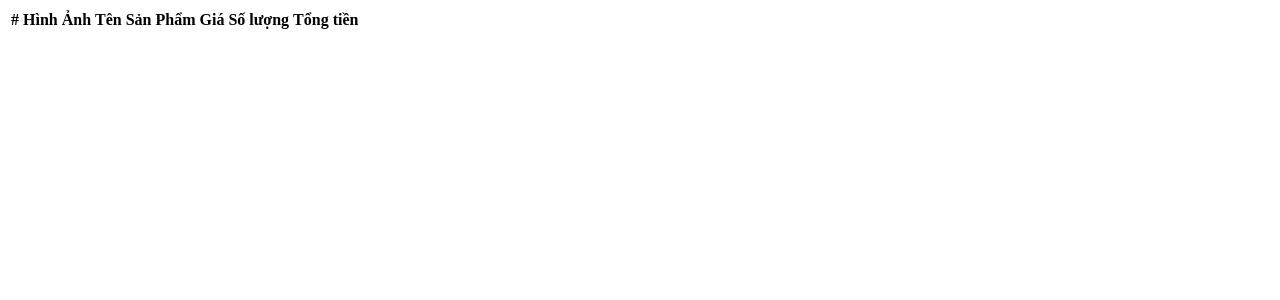
Repository: VuNgocLong2626/exercise_web_CT428
Page: http://localhost/VuNgocLongB1805784/user/thanhtoan.php
An editor plug-in stored every save of this project. The page is shown before and after the next save, followed by the edit.
The browser window is 1280 px wide. The pictures show the whole page.
The page is run by PHP 8.4 with error messages shown; the project is at /var/www/html/.

Above is the page before, as saved 2021-10-14 23:03:19.

After the next save:
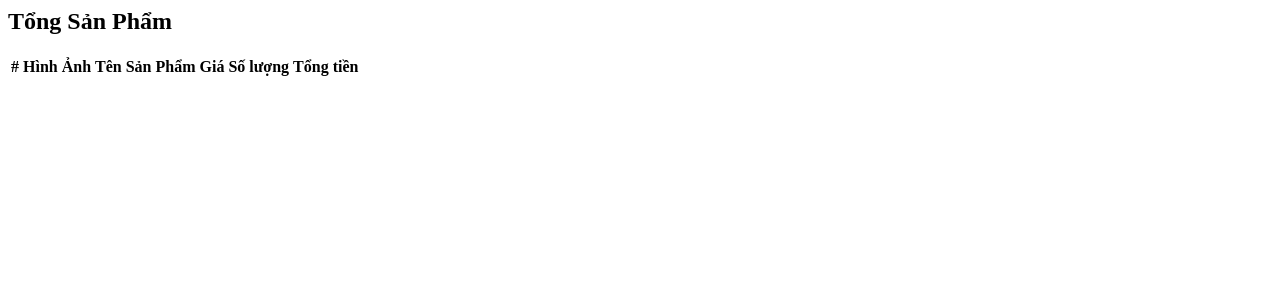
Saved 85 s later.
--- a/VuNgocLongB1805784/user/thanhtoan.php
+++ b/VuNgocLongB1805784/user/thanhtoan.php
@@ -1,4 +1,5 @@
 <div class="all-cart">
+    <h2>Tổng Sản Phẩm</h2>
     <table class="table">
         <thead>
             <tr>
